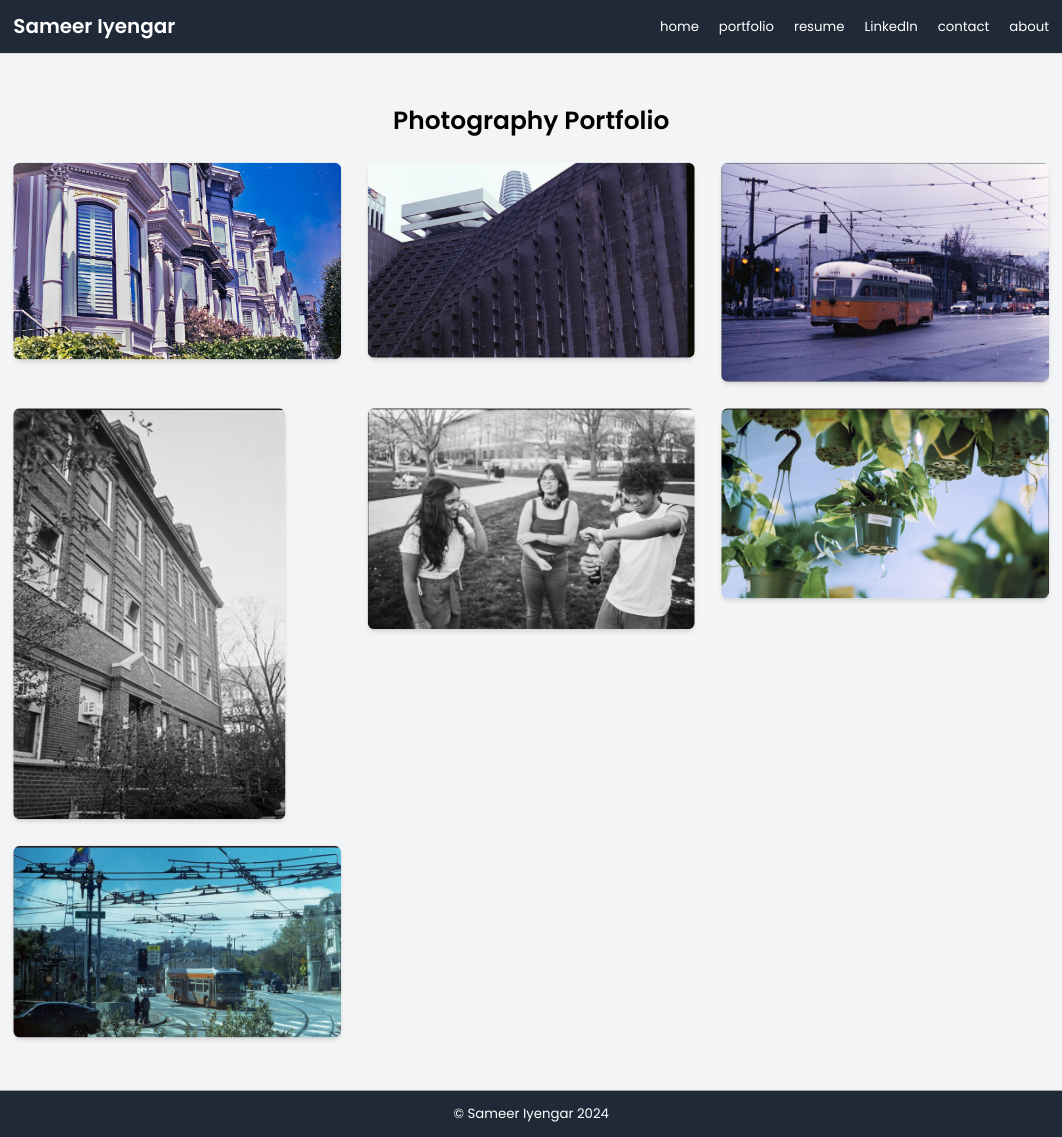
Repository: siyengar04/siyengar04.github.io
Page: portfolio.html
An editor plug-in stored every save of this project. The page is shown before and after the next save, followed by the edit.
The browser window is 1280 px wide. The pictures show the whole page, at 83% of full size.
Some web libraries are served in a nearby version.

Above is the page before, as saved 2024-11-05 22:53:23.

After the next save:
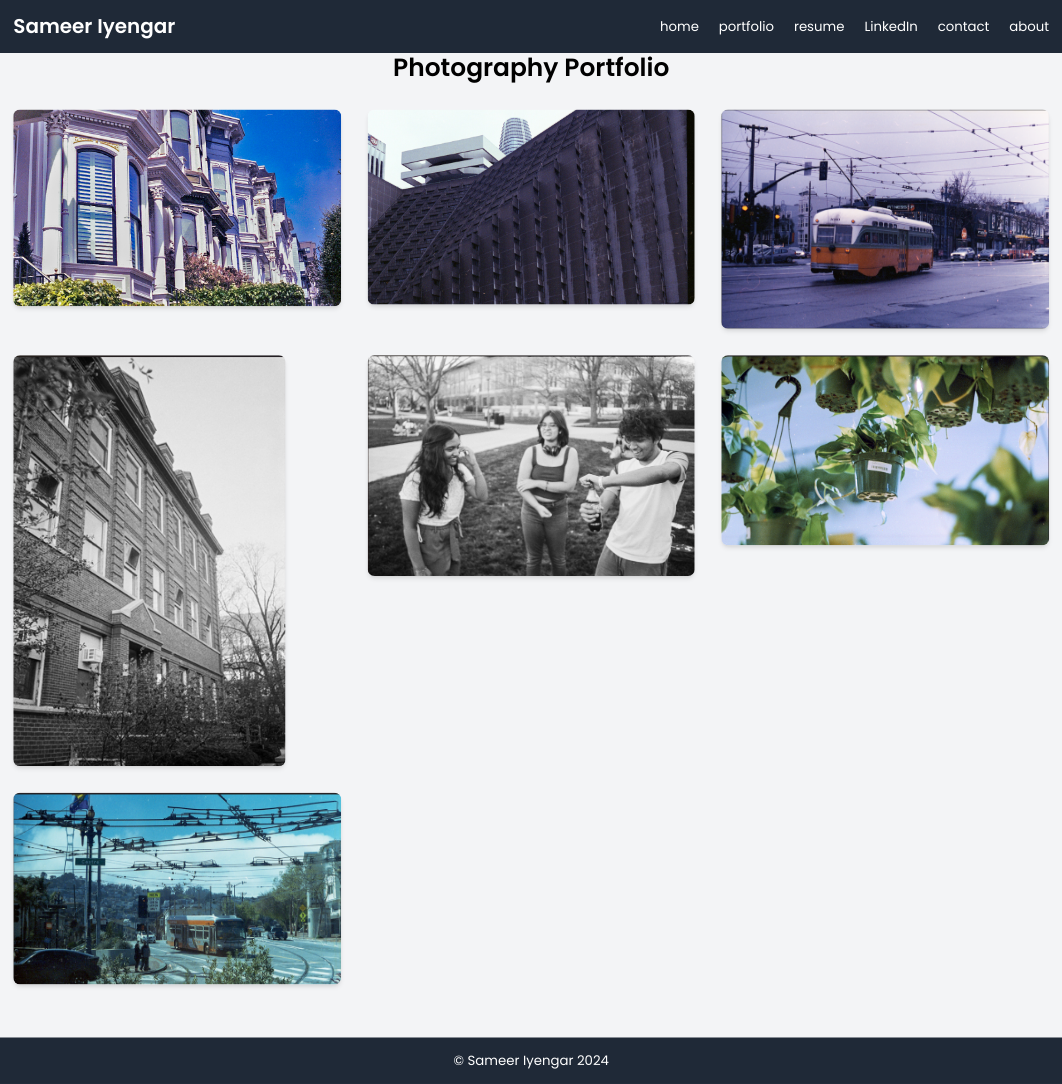
Saved 62 s later.
--- a/portfolio.html
+++ b/portfolio.html
@@ -15,7 +15,7 @@
 </head>
 
 <body class="bg-gray-100">
-    <header class="bg-gray-800 text-white py-4">
+    <header class="bg-gray-800 text-white py-4 fixed top-0 w-full z-10">
         <div class="container mx-auto flex justify-between items-center px-4">
             <h1 class="text-2xl font-semibold">Sameer Iyengar</h1>
             <div class="md:hidden">
